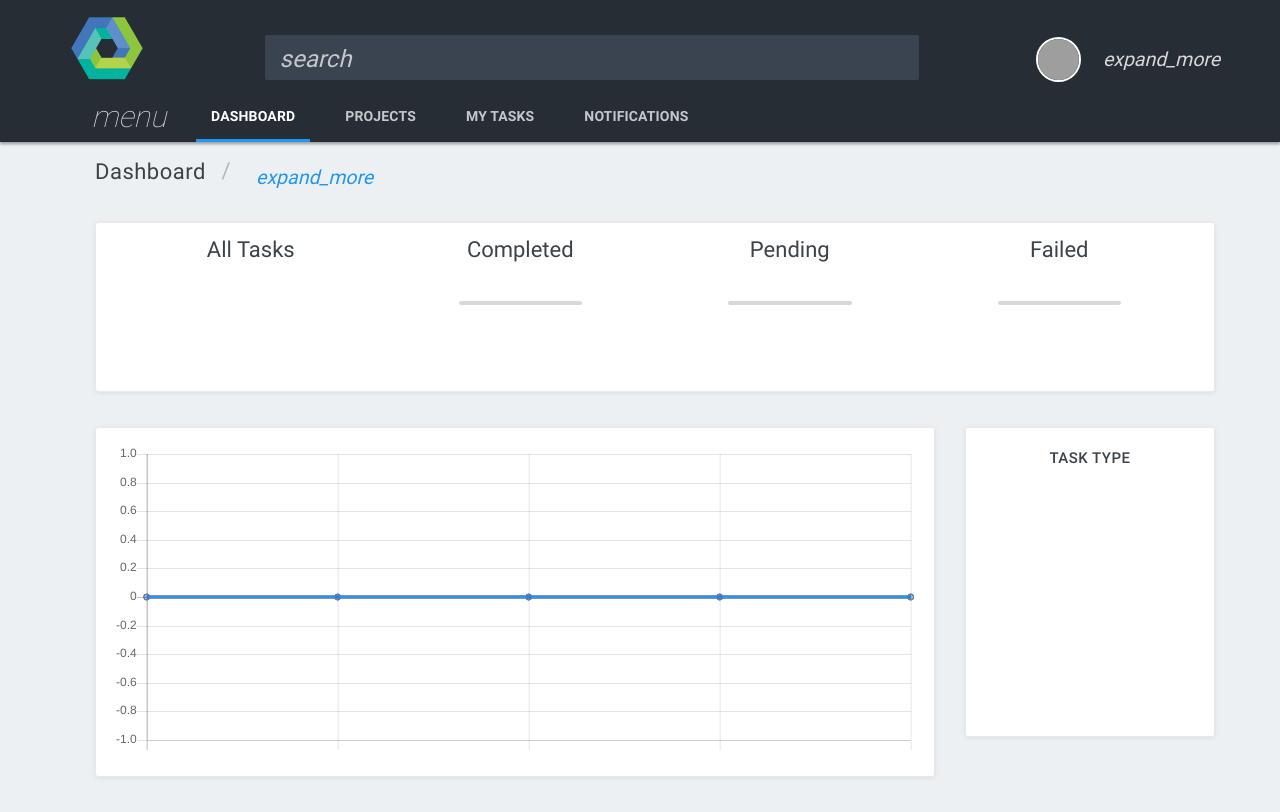
Repository: RenanChagas/ProjectManagement
Page: http://localhost/finalproject/WEB-INF/views/dashboard.jsp
These files come from the project's save history. The page is drawn as it stood at one moment and after the next save; the edit follows.
The browser window is 1280 px wide. The pictures show the whole page.
Pictures or frames that could not be fetched are drawn as grey boxes. The page is served by Tomcat 9. Nobody is signed in. Other server files are loaded and not shown. The template is opened directly, without the code that normally fills it, so the values that code supplies are empty.

Above is the page before, as saved 2017-11-24 01:59:24.

### finalproject/src/main/webapp/WEB-INF/views/dashboard.jsp
<%@ page language="java" contentType="text/html; charset=ISO-8859-1" pageEncoding="ISO-8859-1"%>
<%@ taglib prefix="c" uri="http://java.sun.com/jsp/jstl/core"%>
<%@ taglib prefix="form" uri="http://www.springframework.org/tags/form"%>
<%@ taglib prefix="t" uri="http://www.springframework.org/tags"%>

<!DOCTYPE html>
<html lang="en">
<head>
  <meta http-equiv="Content-Type" content="text/html; charset=UTF-8"/>
  <meta name="viewport" content="width=device-width, initial-scale=1, maximum-scale=1.0"/>
  <title>Course Management</title>

  <!-- CSS  -->
  <link href="https://fonts.googleapis.com/icon?family=Material+Icons" rel="stylesheet">
  <link type="text/css" rel="stylesheet" media="screen,projection" href="<c:url value='/static/css/materialize.css' />"/>
  <link type="text/css" rel="stylesheet" media="screen,projection" href="<c:url value='/static/css/custom-css.css' />"/>

  <!--  Scripts-->
  <script src="<c:url value="/static/js/jquery-2.1.1.min.js" />"></script>
  <script src="<c:url value="/static/js/materialize.js" />"></script>
  <script src="<c:url value="/static/js/Chart.js" />"></script>
  <script src="<c:url value="/static/js/menu.js" />"></script>

  <!-- Website Logo -->
  <link rel="icon" href="<c:url value="/static/images/default/logo.png"/>">

  <script type="text/javascript">
	  $(document).ready(function() {

		  var completedTaskPerc = ${percCompletedTasks} + '%';
		  var percPendingTasks = ${percPendingTasks} + '%';
		  var percFailedTasks = ${percFailedTasks} + '%';

		  $('#completedTasks').attr('style','width: ' + completedTaskPerc);
		  $('#pendingTasks').attr('style','width: ' + percPendingTasks);
		  $('#failedTasks').attr('style','width: ' + percFailedTasks);

			//Window refresh
			if ($(window).width() <= 600) {
		      $("#MDC-dashboard-taskType").removeClass('right');
		  }

			if ($(window).width() >= 600) {
				$("#MDC-dashboard-taskType").addClass('right');
			}

	  });

	  $(window).resize(function() {
		  if ($(window).width() <= 600) {
		      $("#MDC-dashboard-taskType").removeClass('right');
		  }
		  else if ($(window).width() >= 600) {
				$("#MDC-dashboard-taskType").addClass('right');
			}
	  });
  </script>

</head>
<body>
<c:set var="contextPath" value="${pageContext.request.contextPath}"/>

	<!-- NAV TOP  -->
	<nav id="logo_nav" class="MDC-navbar-style MDC-shadow-0 hide-on-small-and-down">
    	<div class="nav-wrapper MDC-nav-margin">
    		<!--  NAV CONTAINER -->
      		<div class="row MDC-nav-top-container ">

        	<!-- Logo -->
        	<div class="col s12 m3 l2">
          		<div class="MDC-nav-logo-position">
          			<img src="<c:url value="/static/images/default/logo.png"/>" class="MDC-nav-logo-size"/>
          		</div>
        	</div>

        	<!-- Search -->
        	<div class="col s12 m7 l7">
          		<div class="MDC-nav-search-position">
            	<form>
              		<div class="input-field">
                		<input id="search" type="search" class="MDC-nav-search-focus" required>
                		<label class="label-icon" for="search"><i class="material-icons MDC-nav-search-focus">search</i></label>
                  		<i class="material-icons MDC-nav-search-focus">close</i>
              		</div>
            	</form>
          		</div>
        	</div>

        	<!-- Avatar -->
        	<div class="col s12 m2 l3">
          		<div class="MDC-nav-account-position">
	            	<!-- Dropdown Trigger -->
	            	<a class="dropdown-button " data-beloworigin="true"
	               		href='#' data-activates='account-dropdown'>
	               		<div class="MDC-nav-account-option-position hide-on-med-and-down">
	                		 <i class="material-icons MDC-icon-small MDC-color-grey-light">expand_more</i>
	               		</div>
	               		<span class="MDC-login-text MDC-nav-account-text-position
	               					MDC-color-grey-light hide-on-med-and-down">
	                 	${user.username}
	               		</span>
	               		<img src="<c:url value="/static/images/avatar/${user.username}/${user.username}.png"/>"
	               				class="MDC-avatar-circle-small mdc-nav-avatar-position"/>
	            	</a>
	            	<!-- Dropdown Structure -->
	            	<ul id='account-dropdown' class='dropdown-content MDC-nav-account-dropdown-position'>
	              		<li><a id="profile" class="modal-trigger MDC-color-grey-dark-2 MDC-font-15" href="${contextPath}/profile">Profile</a></li>
	              		<li class="divider"></li>
	              		<li><a class="MDC-color-grey-dark-2 MDC-font-15" href="${contextPath}/logout">Logout</a></li>
	            	</ul>
          		</div>
        	</div>

			</div>
			<!--  NAV CONTAINER - END-->
		</div>
	</nav>
	<!-- NAV TOP - END -->

  <!-- NAV MENU  -->
  <div class="MDC-menu-fullWidth">
    <div class="MDC-shadow-bottom">
      <header class="MDC-shadow-bottom">
        <nav id="menu_nav" class="MDC-navbar-menu-size MDC-navbar-style MDC-shadow-0 MDC-nav-margin">
          <div class="nav-wrapper MDC-nav-margin MDC-left">
            <!-- MENU ROW -->
            <div class="row">
              <div class="col">
                <div class="MDC-nav-menu-container">

                  <ul id="nav-mobile" class="MDC-nav-menu-ul left left-align">
                    <a href="#" id="mobile-icon" onclick="openNav()" class="left MDC-padding-mobile-0
                    MDC-hover-none">
                      <i class="material-icons MDC-nav-tabs-icon MDC-color-grey-light">
                        menu
                      </i>
                    </a>
                    <li class="MDC-navbar-menu"><a class="active MDC-navbar-active" href="${contextPath}/dashboard">Dashboard</a></li>
                    <li class="MDC-navbar-menu"><a href="${contextPath}/projects">Projects</a></li>
                    <li class="MDC-navbar-menu"><a href="${contextPath}/myTasks">My Tasks</a></li>
                    <li class="MDC-navbar-menu"><a href="${contextPath}/notification">Notifications
                      </a>
                    </li>
                  </ul>
                  <div id="mySidenav" class="MDC-sidenav">
                    <a href="javascript:void(0)" class="MDC-closebtn" onclick="closeNav()">x</a>
                    <a href="${contextPath}/dashboard">Dashboard</a>
                    <a href="${contextPath}/projects">Projects</a>
                    <a href="${contextPath}/myTasks">My Tasks</a>
                    <a href="${contextPath}/notification">Notifications</a>
                    <a href="${contextPath}/profile">Profile</a>
                    <a href="${contextPath}/logout">Logout</a>
                  </div>

                </div>
              </div>
            </div>
            <!-- MENU ROW - END -->
          </div>
        </nav>
      </header>
    </div>
  </div>
  <!-- NAV MENU - END -->

  <!-- TITLE PAGE -->
  <div class="row  MDC-page-center MDC-page-container">
    <div class="col MDC-padding-0 left">
      <div class="MDC-page-title-size">
        <font class="MDC-h5-style MDC-color-grey-dark-2 MDC-display-inline hide-on-small-and-down">Dashboard</font>
        <font class="MDC-h5-style MDC-color-grey-light-2 MDC-display-inline MDC-relative
                     MDC-news-counterBar-position hide-on-small-and-down">/
        </font>
        <font class="MDC-h5-style MDC-color-blue MDC-display-inline">${user.username}</font>
        <i class="material-icons MDC-icon-small MDC-color-blue
                  MDC-news-expand-icon-position MDC-relative">expand_more</i>

      </div>
    </div>
  </div>
  <!-- TITLE PAGE - END -->

  <!-- RESUME CONTAINER -->
  <div class="MDC-page-center MDC-page-container">
    <!-- RESUME CONTENT -->
    <div class="row MDC-page-margin-top">
      <div class="col l12 MDC-padding-0 MDC-margin-right40">
        <div class="MDC-card MDC-dashboard-card-size">
          <div class="MDC-card-news-container">

            <!-- All Courses -->
            <div class="col s12 m6 l3">
              <div class="row center">
                <font class="MDC-font-22 MDC-color-grey-dark-2">
                  All Tasks
                </font>
              </div>
              <div class="row center">
                <font class="MDC-font-60 MDC-font-bold MDC-color-grey">
                  ${allTasks}
                </font>
              </div>
            </div>

            <!-- Completed Courses -->
            <div class="col s12 m6 l3">
              <div class="row center">
                <font class="MDC-font-22 MDC-color-grey-dark-2">
                  Completed
                </font>
              </div>
              <div class="row center">
                <font class="MDC-font-60 MDC-font-bold MDC-color-grey ">
                  ${completedTasks}
                </font>
                <div class="progress MDC-progressBar-50 MDC-margin-0 MDC-top15 MDC-background-grey-light">
                  <div id="completedTasks" class="determinate"></div>
                </div>
              </div>
            </div>

            <!-- Missing Courses -->
            <div class="col s12 m6 l3">
              <div class="row center">
                <font class="MDC-font-22 MDC-color-grey-dark-2">
                  Pending
                </font>
              </div>
              <div class="row center">
                <font class="MDC-font-60 MDC-font-bold MDC-color-grey ">
                  ${pendingTasks}
                </font>
                <div class="progress MDC-progressBar-50 MDC-margin-0 MDC-top15 MDC-background-grey-light">
                  <div id="pendingTasks" class="determinate yellow darken-2"></div>
                </div>
              </div>
            </div>

            <!-- Overdue Courses -->
            <div class="col s12 m6 l3">
              <div class="row center">
                <font class="MDC-font-22 MDC-color-grey-dark-2">
                  Failed
                </font>
              </div>
              <div class="row center">
                <font class="MDC-font-60 MDC-font-bold MDC-color-grey ">
                  ${failedTasks}
                </font>
                <div class="progress MDC-progressBar-50 MDC-margin-0 MDC-top15 MDC-background-grey-light">
                  <div id="failedTasks" class="determinate red darken-1"></div>
                </div>
              </div>
            </div>

          </div>
        </div>
      </div>
    </div>
    <!-- RESUME CONTENT - END -->

    <!-- Graphics -->
    <div class="row">
      <div class="col l9 MDC-padding-0  hide-on-med-and-down left">
        <div class="MDC-card MDC-dashboardGraphics-card-size">
          <div class="MDC-card-news-container">

            <div>
                <canvas class="MDC-margin-top20 " id="chartjs-Months" width="100" height="320"></canvas>
            </div>
            <script type="text/javascript">


            new Chart(document.getElementById("chartjs-Months"), {

              type: 'line',
              data: {
                labels: ["" + "${months[4]}" + "", "" + "${months[3]}" + "", "" + "${months[2]}" + "", "" + "${months[1]}" + "", "" + "${months[0]}" + ""],
                datasets: [
                  {
                    label: "Tasks Completed",
                    borderColor: "#2196F3",
                    data: ["" + "${completedTasksNumber[4]}" + "","" + "${completedTasksNumber[3]}" + "","" + "${completedTasksNumber[2]}" + "","" + "${completedTasksNumber[1]}" + "", "" + "${completedTasksNumber[0]}" + ""],
                    fill: false,
                    lineTension: 0.2
                  },
                  {
                    label: "Tasks Failed",
                    borderColor: "#e53935",
                    data: ["" + "${failedTasksNumber[4]}" + "","" + "${failedTasksNumber[3]}" + "","" + "${failedTasksNumber[2]}" + "","" + "${failedTasksNumber[1]}" + "", "" + "${failedTasksNumber[0]}" + ""],
                    fill: false,
                    lineTension: 0.2
                  },
                  {
                    label: "Tasks Pending",
                    borderColor: "#fbc02d",
                    data: ["" + "${pendingTasksNumber[4]}" + "","" + "${pendingTasksNumber[3]}" + "","" + "${pendingTasksNumber[2]}" + "","" + "${pendingTasksNumber[1]}" + "", "" + "${pendingTasksNumber[0]}" + ""],
                    fill: false,
                    lineTension: 0.2
                  }
                ]
              },
              "options":{
                "legend": {
                  display: false
                },
                "responsive": true,
                "maintainAspectRatio": false,
                "scales": {
                  "xAxes": [{
                            "gridLines": {
                              display:true
                            }
                  }],
                  "yAxes": [{
                            "gridLines": {
                              display:true
                            }
                            }]
                  }
              }
            });

            </script>

          </div>
        </div>
      </div>

      <!-- Courses -->
      <div class="col s12 m6 l3 MDC-padding-0 right">
        <div id="MDC-dashboard-taskType" class="MDC-card MDC-course-card-size right MDC-dashboard-taskType MDC-dashboard-padding-bottom">

          <!-- Task Title -->
          <div class="row center MDC-margin-top10">
            <font class="truncate MDC-font-15 MDC-color-grey-dark-2 MDC-font-h1">
                Task Type
              </font>
          </div>

          <!-- Image -->
          <a href="#">
            <div class="row center MDC-margin-top20">
              <div class="MDC-margin-right20 MDC-margin-left20">
                  <canvas class="MDC-margin-top20 center" id="chartjs-doughnut" width="10" height="10"></canvas>
              </div>
              <script type="text/javascript">
              new Chart(document.getElementById("chartjs-doughnut"), {
                type: 'doughnut',
                data: {
                  labels: ["Bug", "Test"],
                  datasets: [ {
                    data: [
                      "" + "${taskTypeBug}" + "",
                      "" + "${taskTypeTest}" + ""
                    ],
                    backgroundColor: [
                    "#e53935",
                    "#00b39f",
                    ],
                    label: ""
                  }]
                },
                "options":{
                  "legend": {
                    display: false,
                    top: "50",
                    position: "bottom"
                  },
                  animation: {
                  animateScale: true,
                  animateRotate: true
                  }
                }
              });

              </script>
            </div>
          </a>

          <!-- Task Description -->
          <div class="row center MDC-margin-bottom-10">
            <font class="truncate MDC-font-16-2 MDC-color-grey MDC-font-h1
                        MDC-uppercase-none">
               ${months[0]}
            </font>
          </div>

        <!-- CARD END -->
        </div>
      </div>
      <!-- Courses END -->


    </div>


  </div>
  <!-- RESUME CONTAINER - END -->

</body>
</html>

Loaded but not shown: finalproject/src/main/webapp/static/css/materialize.css (library); finalproject/src/main/webapp/static/js/jquery-2.1.1.min.js (library); finalproject/src/main/webapp/static/js/materialize.js (library); finalproject/src/main/webapp/static/js/Chart.js (library); finalproject/src/main/webapp/static/js/menu.js (49 lines, source omitted); finalproject/src/main/webapp/static/css/custom-css.css (1593 lines, source omitted)

After the next save:
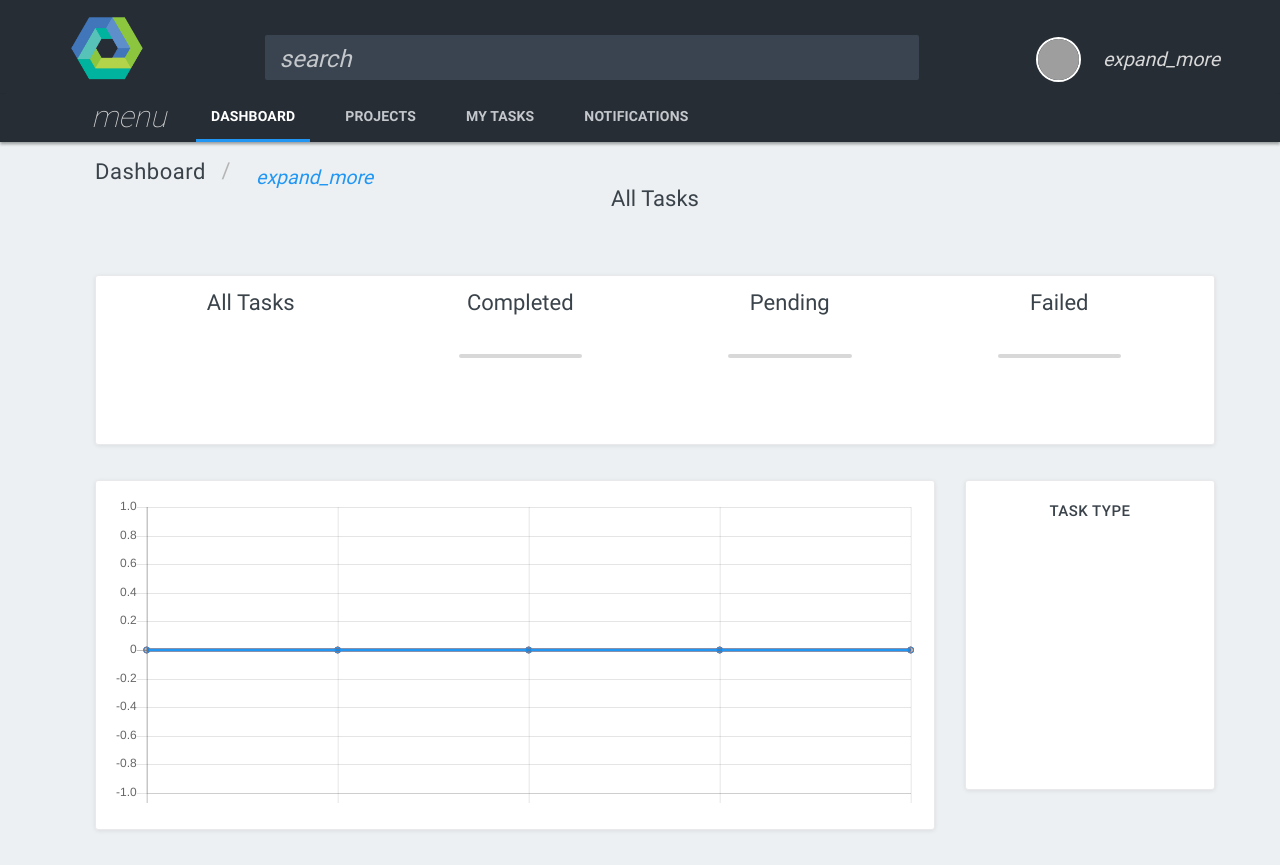
Saved 39 h 46 min later.
--- a/finalproject/src/main/webapp/WEB-INF/views/dashboard.jsp
+++ b/finalproject/src/main/webapp/WEB-INF/views/dashboard.jsp
@@ -183,7 +183,26 @@
   <!-- RESUME CONTAINER -->
   <div class="MDC-page-center MDC-page-container">
     <!-- RESUME CONTENT -->
-    <div class="row MDC-page-margin-top">
+
+    <!-- All Courses -->
+            <div class="col s12 m6 l3">
+              <div class="row center">
+                <font class="MDC-font-22 MDC-color-grey-dark-2">
+                  All Tasks
+                </font>
+              </div>
+              <div class="row center">
+                <font class="MDC-font-60 MDC-font-bold MDC-color-grey">
+                  ${allTasks}
+                </font>
+              </div>
+            </div>
+
+
+
+
+
+    <div class="row MDC-page-margin-top hide-on-med-and-down ">
       <div class="col l12 MDC-padding-0 MDC-margin-right40">
         <div class="MDC-card MDC-dashboard-card-size">
           <div class="MDC-card-news-container">
